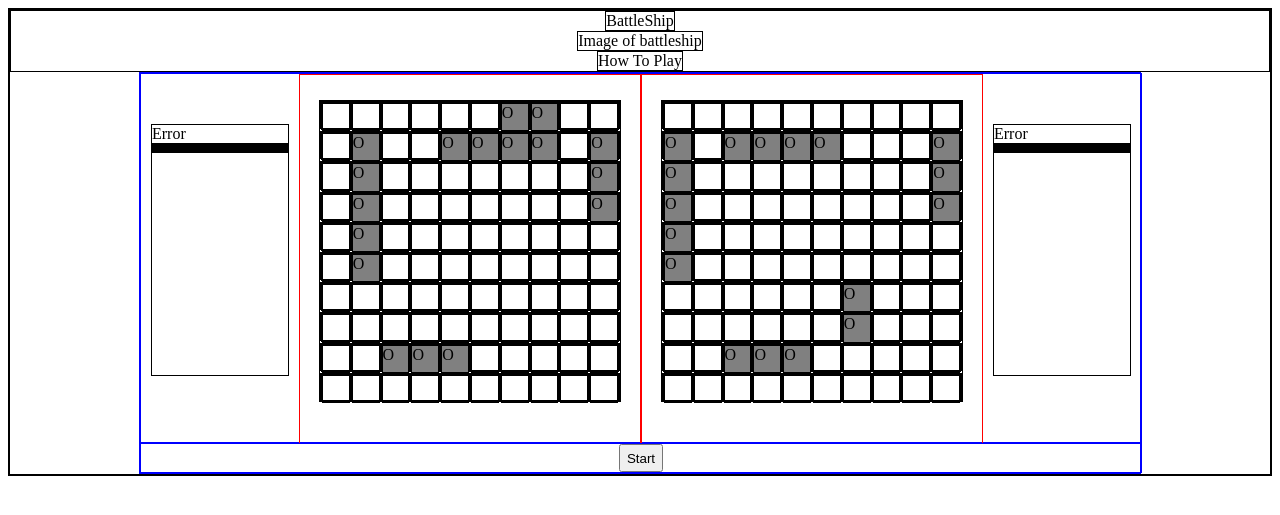
Repository: J-Haze/BattleshipApp
Page: /
An editor plug-in stored every save of this project. The page is shown before and after the next save, followed by the edit.
The browser window is 1280 px wide. The pictures show the whole page.
The project was rebuilt for these pictures with package versions that can differ from the ones it lists, and the page was loaded fresh each time. Also part of the build but not shown: src/index.css.

Above is the page before, as saved 2020-09-23 17:39:27.

### src/App.js
import React from "react";
import "./App.css";
import Game from "./Components/Game";
import Header from "./Components/Header"
// import { ProgressPlugin } from "webpack";

//test

function App() {
  return (
    <div className="App">
      <Header />
      <Game />
    </div>
  );
}

export default App;

### src/App.css
/* test */
:root{
    --black: #1B262C;
}


header {
    border: 1px solid black;

    display: flex;
    flex-direction: column;
    justify-content: center;
    align-items: center;

}

div {
    border: 1px solid black;
}

#how-to:hover{
    cursor: pointer;
}

#game{
    width: 1000px;
    height: 400px;
    display: flex;
    flex-direction: column;
    border: 1px solid blue;
    margin-left: auto;
    margin-right: auto;
}

.column{
    width: 50%;
    height: 100%;
    border: 1px solid red;
}

.board{
    height: 300px;
    width: 300px;
    margin-left: auto;
    margin-right: auto;
    margin-top: 25px;

    display: grid;
    grid-template-columns: repeat(1, 1fr);
    grid-template-rows: repeat(10, 1fr);
    gap: 2px;
}

.row{
    display: flex;
    /* height: 30px; */
    height: 1fr;
    width: 1fr;
}

.square{
    /* height: 100%;
    width: 10%; */
    display: flex;
    height: 100%;
    width: 10%;
}

.ship{
    background-color:gray;
    height: 100%;
    width: 100%;
}

.hit{
    background-color:red;
    height: 100%;
    width: 100%;
}

.miss{
    background-color:lightblue;
    height: 100%;
    width: 100%;
}

.sunk{
    background-color:black;
    height: 100%;
    width: 100%;
}

.empty{
    /* background-color: yellow; */
    height: 100%;
    width: 100%;
}

#top-row{
    display: flex;
    width: 1000px;
    height: 400px;
    border: 1px solid blue;
    margin-left: auto;
    margin-right: auto;
}

#bottom-row{
    display: flex;
    width: 1000px;
    height: 30px;
    border: 1px solid blue;
    margin-left: auto;
    margin-right: auto;
}

#start-button{
        margin-left: auto;
    margin-right: auto;
}

.fleet{
    height: 250px;
    width: 200px;
    margin-top: 50px;
    margin-left: 10px;
    margin-right: 10px;
}

### src/Components/Game.js
import React, { useState, useEffect } from "react"
import shipFactory from "../factories/ship"
import gameboardFactory from "../factories/gameboard"
import player from "../factories/player"
import Board from "./Board.js"
import Row from "./Row.js"
import Fleet from "./Fleet.js"
// import { set } from "date-fns"

function Game() {
    const [playerState, setPlayer] = useState(player("Player"))
    const [computer, setComputer] = useState(player("Player")) //Eventually change to "computer"

    const [rowState, setRowState] = useState([]);
    let rows = [];

    const [refresh, setRefresh] = useState(false);

    let pCarrier = "";
    let pBattleship = "";
    let pCruiser = "";
    let pSubmarine = "";
    let pDestroyer = "";

    let pCarrierOrient = "";
    let pBattleshipOrient = "";
    let pCruiserOrient = "";
    let pSubmarineOrient = "";
    let pDestroyerOrient = "";

    const placeShipsPlayer = (pCarrier, pBattleship, pCruiser, pSubmarine, pDestroyer, pCarrierOrient, pBattleshipOrient, pCruiserOrient, pSubmarineOrient, pDestroyerOrient) => {
        const destroyer = shipFactory(2)
        const submarine = shipFactory(3)
        const cruiser = shipFactory(3)
        const battleship = shipFactory(4)
        const carrier = shipFactory(5)

        playerState.gameboard.placeShip(carrier, 5, pCarrier, pCarrierOrient);
        playerState.gameboard.placeShip(battleship, 4, pBattleship, pBattleshipOrient);
        playerState.gameboard.placeShip(cruiser, 3, pCruiser, pCruiserOrient);
        playerState.gameboard.placeShip(submarine, 3, pSubmarine, pSubmarineOrient);
        playerState.gameboard.placeShip(destroyer, 2, pDestroyer, pDestroyerOrient);
    }

    pCarrier = 11;
    pBattleship = 14;
    pCruiser = 82;
    pSubmarine = 19;
    pDestroyer = 6;

    pCarrierOrient = "vertical";
    pBattleshipOrient = "horizontal";
    pCruiserOrient = "horizontal";
    pSubmarineOrient = "vertical";
    pDestroyerOrient = "horizontal";

    placeShipsPlayer(pCarrier, pBattleship, pCruiser, pSubmarine, pDestroyer, pCarrierOrient, pBattleshipOrient, pCruiserOrient, pSubmarineOrient, pDestroyerOrient);


    const placeShipsComputer = (pCarrier, pBattleship, pCruiser, pSubmarine, pDestroyer, pCarrierOrient, pBattleshipOrient, pCruiserOrient, pSubmarineOrient, pDestroyerOrient) => {
        const destroyer = shipFactory(2)
        const submarine = shipFactory(3)
        const cruiser = shipFactory(3)
        const battleship = shipFactory(4)
        const carrier = shipFactory(5)

        computer.gameboard.placeShip(carrier, 5, pCarrier, pCarrierOrient);
        computer.gameboard.placeShip(battleship, 4, pBattleship, pBattleshipOrient);
        computer.gameboard.placeShip(cruiser, 3, pCruiser, pCruiserOrient);
        computer.gameboard.placeShip(submarine, 3, pSubmarine, pSubmarineOrient);
        computer.gameboard.placeShip(destroyer, 2, pDestroyer, pDestroyerOrient);

    };

    let cCarrier = 10;
    let cBattleship = 12;
    let cCruiser = 82;
    let cSubmarine = 19;
    let cDestroyer = 66;

    let cCarrierOrient = "vertical";
    let cBattleshipOrient = "horizontal";
    let cCruiserOrient = "horizontal";
    let cSubmarineOrient = "vertical";
    let cDestroyerOrient = "vertical";

    placeShipsComputer(cCarrier, cBattleship, cCruiser, cSubmarine, cDestroyer, cCarrierOrient, cBattleshipOrient, cCruiserOrient, cSubmarineOrient, cDestroyerOrient);

    let attackCoord = "";

    function handleClick(id) {
        attackCoord = playerState.sendAttack(id);
        computer.gameboard.receiveAttack(attackCoord)
        setRefresh(!refresh)
        console.log("computer:", computer)
    };

    function createRows(board) {
        rows = [];
        for (let i = 0; i < board.length; i += 10) {
            rows.push(board.slice(i, i + 10));
        }
        setRowState(rows);
    }

    useEffect(() => {
        createRows(computer.gameboard.board);

    }, [computer, refresh]
    );

    return (
        <div id="game">
            <div id="top-row">
                {/* <div id="player-fleet" className="fleet"></div> */}
                <Fleet id="player-fleet" />

                <div id="col-one" className="column">
                    <Board
                        key={"player"}
                        id="player-board"
                        board={playerState.gameboard.board}
                    // handleClick={}
                    // handleTest={handleTest}
                    />


                </div>
                <div id="col-two" className="column">
                    <div id= "computer-board" className="board">
                        {rowState.map((row, i) => {
                            return (
                                <Row
                                    key={i}
                                    roww={i}
                                    rowObj={row}
                                    handleClick={handleClick}
                                />
                            );
                        })
                        }
                    </div>
                </div>

                {/* <div id="computer-fleet" className="fleet"></div> */}
                <Fleet id="computer-fleet" />
            </div>
            <div id="bottom-row">
                <button id="start-button">Start</button>
            </div>
        </div>
    )
}

export default Game;

### src/Components/Header.js
import React from "react"
// import shipFactory from "../factories/ship"
// import gameboardFactory from "../factories/gameboard"
// import player from "../factories/player"


function Header() {
    return (
        <header>
            <div>BattleShip</div>
            <div> Image of battleship </div>
            <div id="how-to"> How To Play </div>
        </header>
    )
}


export default Header;

### src/factories/ship.js

const shipFactory = (shipLength) => {
    const shipNames = {
        1: 'Submarine',
        2: 'Destroyer',
        3: 'Cruiser',
        4: 'Battleship',
        5: 'Carrier',
    };

    const name = shipNames[shipLength];

    let ship = [];
    for (let i = 0; i < shipLength; i++) {
        ship.push([false, i, name])
    }

    let hit = (hitLocation) => {
        ship[hitLocation] = [true, hitLocation, name];
        console.log("Hit!", ship)
        console.log(`You've hit my ${name}`)
        // console.log("hits length", hit.length)
        // console.log("ship.length", ship.length)
        return ship
    }

    let isSunk = () => {
        let sunkStatus = false
        ship[0][0] == true ? sunkStatus = true : sunkStatus = false
        for (let square in ship) {
            // console.log("ship:", ship)
            // console.log(ship[square])
            sunkStatus = (ship[square][0] && sunkStatus)
        }
        // let sunkStatus = ship[0].every(Boolean);
        return sunkStatus
    }

    return {
        //id,
        name,
        shipLength,
        ship,
        hit,
        isSunk
    }
}

// const destroyer = shipFactory(2)
// const cruiser = shipFactory(3)
// const battleship = shipFactory(4)
// const carrier = shipFactory(5)

export default shipFactory;

//export default {shipFactory, destroyer, cruiser, battleship, carrier}

//Comment out with not testing
// module.exports = shipFactory;

### src/factories/gameboard.js
import shipFactory from "./ship"

const destroyer = shipFactory(2)
const submarine = shipFactory(3)
const cruiser = shipFactory(3)
const battleship = shipFactory(4)
const carrier = shipFactory(5)

const gameboardFactory = () => {
    let board = [];
    for (let a = 0; a <= 99; a++) {
        board.push(null)
    }
    // let boatsSunk = ["cruiser", "battleship", "carrier"];
    let boatsSunk = [];
    let allSunk = false;
    // let boatsPlaced = [];
    // let allPlaced = false;

    const placeShip = (shipName, shipLength, position, orient) => {
        //Checks for valid move
        let endPoint = 0;
        let closestEdge = 99;

        if (orient == "horizontal") {
            for (let b = position; b < (position + shipLength); b++) {
                if (board[b] != null) {
                    console.log("Illegal placement: ship already on square")
                    return board
                }
            };

            endPoint = ((position + shipLength - 1) / 10);
            closestEdge = ((Math.ceil(position / 10)) - 0.1);
        }

        if (orient == "vertical") {
            for (let c = position; c < (position + shipLength * 10); c += 10) {
                if (board[c] != null) {
                    console.log(`Illegal placement: ship already on square: ${c}`)
                    return board
                }
            };

            endPoint = ((position + ((shipLength - 1) * 10)));
            closestEdge = 99;
        }


        if ((endPoint > closestEdge)) {
            console.log("Illegal placement: over edge of board")
            return board
        }

        //Places the ship
        for (let square in board) {
            if ((position == square && (orient == "horizontal"))) {
                for (let z = position; z < (position + shipLength); z++) {
                    board.splice(z, 1, shipName.ship[z - position])
                }
                // console.log("HERE", shipName.ship)
                // boatsPlaced.push(shipName)
            } else if ((position == square && (orient == "vertical"))) {
                for (let z = position; z < (position + shipLength * 10); z += 10) {
                    // let w = Math.round(z/10)
                    // console.log(z)
                    board.splice(z, 1, shipName.ship[(z - position) / 10])
                }
            }
        }
        // console.log({ board })
        return board
    }

    const receiveAttack = (attackPosition) => {
        let attackID = board[attackPosition];

        //Change to if (board[attackPosition] != "false")
        if (board[attackPosition] == null) {
            console.log("Attack missed")
            board[attackPosition] = "miss";
            console.log("New Board Internal:", { board })
            return board
        }

        if ((attackID[0] == true) || (board[attackPosition] == "miss")) {
            console.log("Already guessed this position")
            return board
        }

        if (attackID[0] == false) {
            console.log("Receive Attack hit!")
            let hitLocation = attackID[1];
            let boatHitString = attackID[2];
            let boatHit = "";

            if (boatHitString == "Carrier") {
                boatHit = carrier;
            } else if (boatHitString == "Battleship") {
                boatHit = battleship;
            } else if (boatHitString == "Cruiser") {
                boatHit = cruiser;
            } else if (boatHitString == "Destroyer") {
                boatHit = destroyer;
            } else if (boatHitString == "Submarine") {
                boatHit = submarine;
            }

            console.log({ boatHit })

            boatHit.hit(hitLocation);
            board[attackPosition][0] = true;

            console.log("isSunk?", boatHit.isSunk())

            if (boatHit.isSunk()) {
                console.log(`Player's ${boatHitString} is sunk!`)
                //change all squares in boatHit from "hit" to "sunk"?
                //Or just have a pop up (i think the board game doesn't change to "sunk")
                boatsSunk.push(boatHitString)
                console.log({ boatsSunk })
            }

            if (boatsSunk.length > 4) {
                allSunk = true;
                console.log("ALL BOATS SUNK")
            }

            console.log("everyBoolean:", boatHit.ship[0])
            console.log("New Board:", { board })
            console.log("New Ship:", { boatHit })
        }

        return board

    }

    const getBoard = () => board;

    return {
        board,
        placeShip,
        // allPlaced,
        receiveAttack,
        allSunk
    }
}



export default gameboardFactory;

### src/factories/player.js
// import shipFactory from "./ship"
import gameboardFactory from "./gameboard"

const player = (playerName) => {
    // const submarine = shipFactory(1)
    // const destroyer = shipFactory(2)
    // const cruiser = shipFactory(3)
    // const battleship = shipFactory(4)
    // const carrier = shipFactory(5)
    const getBoard = gameboardFactory();
    const gameboard = getBoard;
    let attackCoord = 100;
    let index = 100;

    const squaresToGuess = [];

    for (let i = 0; i <= 99; i++) {
        squaresToGuess.push(i);
    }
    // console.log(squaresToGuess)

    //Randomly sends an attack
    const sendAttack = (coord) => {
        // if (playerName == "Computer") {
        // }

        if (playerName == "Player") {
            attackCoord = coord;
            index = squaresToGuess.indexOf(attackCoord);
            squaresToGuess.splice(index, 1);
        } else {
            // console.log("s2g", squaresToGuess.length - 1)
            attackCoord = Math.floor(Math.random() * (squaresToGuess.length - 1));
            index = squaresToGuess.indexOf(attackCoord);
            squaresToGuess.splice(index, 1);
        }

        // console.log({ attackCoord })
        console.log("squares to guess:", squaresToGuess)
        return attackCoord
    }



    //send attack will take coordinates and "send an attack" to the OPPOSING board
    //Need to make sure it has an array of 0-99 and takes away the guessed numbers from that array.
    //random between 0 and array.length

    return {
        gameboard,
        squaresToGuess,
        sendAttack
    }
}








export default player;

### src/Components/Board.js
import React, { useState, useEffect } from "react"
// import shipFactory from "../factories/ship"
// import gameboardFactory from "../factories/gameboard"
// import player from "../factories/player"
// import Square from "./Square.js"
import Row from "./Row.js"
// import Player from "./Player.js"

function Board(props) {
    let { id, board } = props;

    // console.log("123:", {board})
    // let squares = board;
    // console.log({ squares })

    const [rowState, setRows] = useState([]);

    // let rows = [];


    useEffect(() => {
        let rows = [];
        for (let i = 0; i < board.length; i += 10) {
            rows.push(board.slice(i, i + 10));
        }
        setRows(rows);
        // console.log("board:", board)
        // console.log("rows", rows)
        // console.log("New Rows:", rowState)
        // console.log("Use Effect Board")
    }, []
        // [board]
    );



    return (
        <div id={id} className="board">
            {/* {squareItems} */}
            {rowState.map((row, i) => {
                return (
                    <Row
                        key={i}
                        roww={i}
                        rowObj={row}
                    // position={[i, j]}
                    // position={square}
                    // key={square.}
                    // key={book.title}
                    // book={book}
                    // handleDelete={handleDelete}
                    // toggleRead={toggleRead}
                    // toggleReading={toggleReading}
                    // toggleNotRead={toggleNotRead}
                    />
                );
            })
            }
        </div>
    )
}

export default Board;

### src/Components/Row.js
import React, { useState, useEffect } from "react"
// import shipFactory from "../factories/ship"
// import gameboardFactory from "../factories/gameboard"
// import player from "../factories/player"
import Square from "./Square"

function Row(props) {
    let { roww, rowObj, handleClick } = props;

    // console.log({ rowObj });
    // const [rowwState, setRoww] = useState([roww]);

    // useEffect(() => {
    //     setRoww(roww);
    // },
    //     [roww]
    // );

    return (
        // <div className="row">
        //     {rowObj}
        // </div>
            <div className="row">
                {rowObj.map((square, j) => {
                    return (
                        <Square
                            key={j}
                            row={roww}
                            col={j}
                            squareObj={square}
                            handleClick={handleClick}
                        />
                    );
                })
                }
            </div>
    )
};
export default Row;

### src/Components/Fleet.js
import React, { useState, useEffect } from "react"

function Fleet(props) {

    console.log("key", props.key)
    console.log("id", props.id)

    console.log("oreient", props.orient)

    if (props.orient == "horizontal") {
        return (
        <div id = { props.id } className = "fleet" >
            <div className = "carrier horizontal" ></div>
            <div className="battleship horizontal"></div>
            <div className="cruiser horizontal"></div>
            <div className="submarine horizontal"></div>
            <div className="destroyer horizontal"></div>
            </div >
        )
    } else {
        return (
            <div id={props.id} className="fleet" > Error
                <div className="carrier horizontal" ></div>
                <div className="battleship horizontal"></div>
                <div className="cruiser horizontal"></div>
                <div className="submarine horizontal"></div>
                <div className="destroyer horizontal"></div>
            </div >
        )
    }


};

export default Fleet;

### src/Components/Square.js
import React, { useState, useEffect } from "react"
// import shipFactory from "../factories/ship"
// import gameboardFactory from "../factories/gameboard"
// import player from "../factories/player"

function Square(props) {

    const id = (props.row * 10 + props.col)

    // if (props.squareObj != null) {
    //     console.log("ID and Object:", id, props.squareObj[0])
    // }

    // let renderedSquare = () => {

    // };

    return (
        <div className="square">
            {/* {row}
            {col} */}
            {(props.squareObj != null) ?
                ((props.squareObj[0] == false) ?
                    (<div className="ship" key={id} onClick={() => props.handleClick(id)}>O</div>) :
                    (props.squareObj[0] == true) ?
                        (<div className="hit" key={id}>X</div>) :
                        (props.squareObj[0] == "sunk") ?
                            (<div className="sunk" key={id}>X</div>) :
                            (props.squareObj == "miss") ?
                                (<div className="miss" key={id}>X</div>) :
                                (<div>error</div>)) :
                (<div className="empty" key={id} onClick={() => props.handleClick(id)}></div>)
                // return <div className="empty" onClick={() => handleClick(key)}></div>
            }
        </div>
    )
}

export default Square;

Loaded but not shown: public/index.html (common file); src/index.js (common file); src/serviceWorker.js (common file)

After the next save:
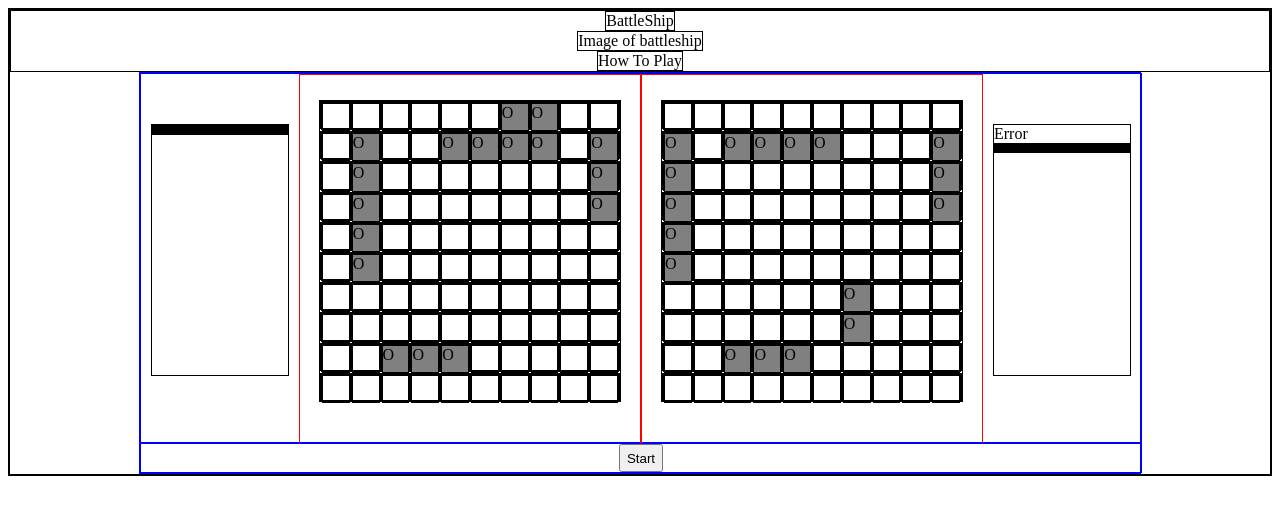
Saved 66 s later.
--- a/src/Components/Game.js
+++ b/src/Components/Game.js
@@ -13,6 +13,8 @@ function Game() {
 
     const [rowState, setRowState] = useState([]);
     let rows = [];
+
+    const [orientation, setOrientation] = useState(["horizontal"])
 
     const [refresh, setRefresh] = useState(false);
 
@@ -113,7 +115,10 @@ function Game() {
         <div id="game">
             <div id="top-row">
                 {/* <div id="player-fleet" className="fleet"></div> */}
-                <Fleet id="player-fleet" />
+                <Fleet
+                    id="player-fleet"
+                    orient={orientation}
+                />
 
                 <div id="col-one" className="column">
                     <Board
